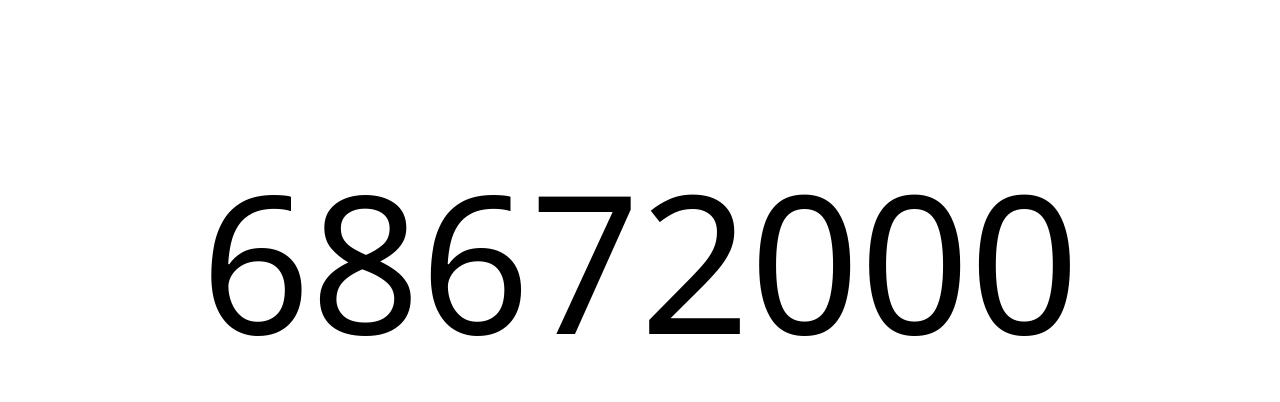
Repository: end888160/end888160.github.io
Page: today_linefont.html
The author's editor kept a copy of each file at every save. The page is drawn from the files as they stood at one save, then again after the next save.
The browser window is 1280 px wide. The pictures show the whole page.
Some web fonts or font styles are not loaded; a fallback is used.

Above is the page before, as saved 2024-10-06 06:37:34.

After the next save:
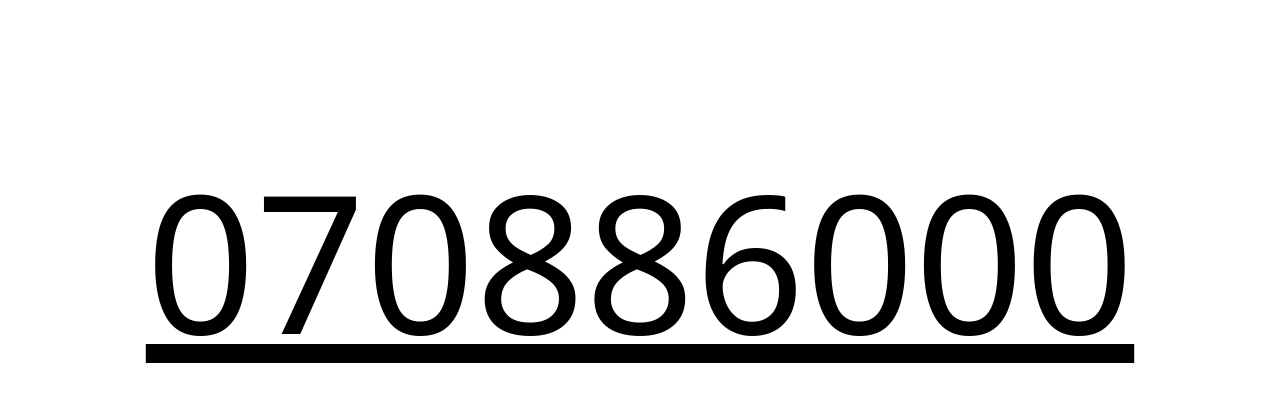
Saved 51 min 46 s later.
--- a/today_linefont.html
+++ b/today_linefont.html
@@ -1,30 +1,29 @@
 <!DOCTYPE html>
-<html>
+<html lang="en">
+	<title>linefont</title>
+	<meta charset="UTF-8">
+	<meta name="viewport" content="width=device-width, initial-scale=1.0">
 <head>
 	<link rel="preconnect" href="https://fonts.googleapis.com">
-	<link rel="preconnect" href="https://fonts.gstatic.com" crossorigin>
-	<link href="https://fonts.googleapis.com/css2?family=Linefont:wdth,wght@200,4..1000&display=swap" rel="stylesheet">
+<link rel="preconnect" href="https://fonts.gstatic.com" crossorigin>
+<link href="https://fonts.googleapis.com/css2?family=Linefont:wdth,wght@25..200,4..1000&family=Wavefont:wght,ROND,YELA@4..1000,0..100,-100..100&display=swap" rel="stylesheet">
 <style>
 
 h1 {
 	text-align: center;
 	font-size: 1000%;
-	font-family: "Linefont", system-ui;
+	font-family: "Linefont", system-ui!important;
   font-optical-sizing: auto;
-  font-weight: 100;
+  font-weight: 200;
   font-style: normal;
-  font-variation-settings: "wdth" 200;
+  font-variation-settings:
+  	"wdth" 200,
+  	"ROND" 50,
+	"YELA" -100;
   font-size: 15vw;
 }
-@media (prefers-color-scheme: light) {
-		html {
-		background-color: white;
-		color: black;
-		}
-	}
 	@media (prefers-color-scheme: dark) {
 		html {
-		font-family: Arial, Helvetica, sans-serif;
 		background-color: black;
 		color: white;
 		}
@@ -32,7 +31,7 @@ h1 {
 </style>
 </head>
 <body>
-<h1 id="time"></h1>
+<u><h1 id="time"></h1></u>
 <script>
 	function clock() {
 	var now = new Date();
@@ -40,7 +39,12 @@ h1 {
 	var minutes = now.getMinutes();
 	var seconds = now.getSeconds();
 	var mseconds = now.getMilliseconds();
-	var seconds_a_day = hours * 3600000 + minutes * 6000 + seconds * 1000 + mseconds;
+	var seconds_a_day = (hours * 3600000 + minutes * 60000 + seconds * 1000 + mseconds);
+	if (seconds_a_day > 100000) {
+		var seconds_a_day = "0" + seconds_a_day
+	} else if (seconds_a_day > 1000000) {
+		var seconds_a_day = "00" + seconds_a_day
+	}
 	document.getElementById("time").innerHTML = seconds_a_day;
 	setTimeout(clock, 1);
 	}
